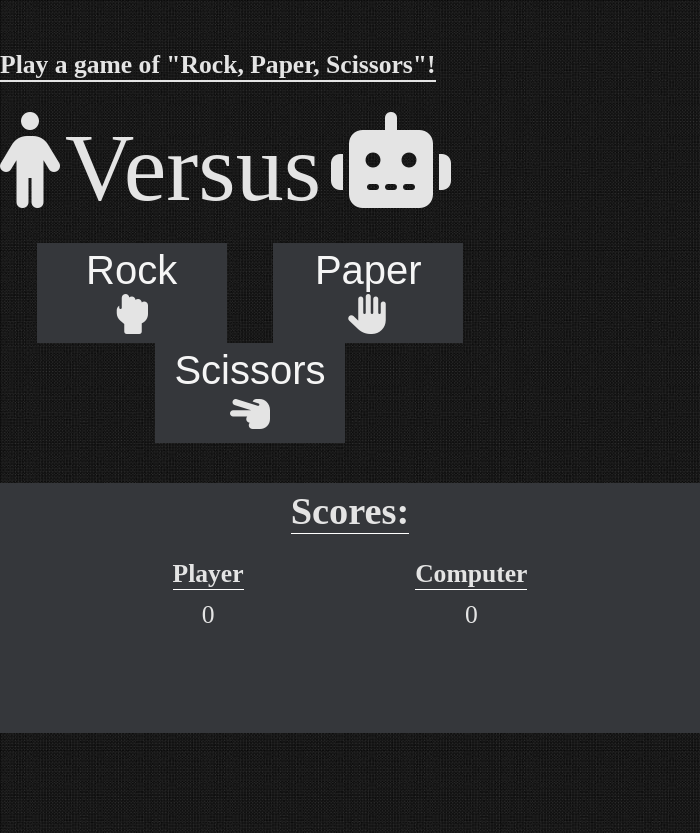
Repository: Pafestivo/rock-paper-scissors
Page: index.html
An editor plug-in stored every save of this project. The page is shown before and after the next save, followed by the edit.
The browser window is 375 px wide. The page is 700 px wide, so the pictures cover 700 px, including what lies to the right of the window. The pictures show the whole page.
Some web libraries are served in a nearby version.

Above is the page before, as saved 2022-10-15 14:25:36.

### index.html
<!DOCTYPE html>
<html lang="en">
<head>
  <meta charset="UTF-8">
  <meta name="viewport" content="width=device-width, initial-scale=1.0">
  <link rel="stylesheet" href="styles.css">
  <script src="js-file.js" defer></script>
  <script src="https://kit.fontawesome.com/e2364af56b.js" crossorigin="anonymous"></script>
  <title>Rock, Paper, Scissors</title>
</head>
<body>

  <header>
    <h1>Play a game of "Rock, Paper, Scissors"!</h1>
  </header>
  <div id="versus">
    <i class="fa-solid fa-person"></i>
    <p>Versus</p>
    <i class="fa-solid fa-robot"></i>
  </div> <!-- /versus -->

  <div class="buttons">
    <button id="rock">
      Rock
      <i class="fa-solid fa-hand-back-fist"></i>
    </button>
    <button id="paper">
      Paper
      <i class="fa-solid fa-hand"></i>
    </button>
    <button id="scissors">
      Scissors
      <i class="fa-solid fa-hand-scissors"></i>
    </button>
  </div> <!-- /buttons -->


  <div id="results">

    <div class="scores">
      <h1 id="scores-header">Scores:</h1>
    </div> <!-- /scores -->

    <div class="columns">
      <div class="player">
        <h1 class="underline">Player</h1>
        <p id ="player-points" class="points">0</p>
      </div> <!-- /player-scores -->

      <div class="comp">
        <h1 class="underline">Computer</h1>
        <p id="computer-points" class="points">0</p>
      </div> <!-- /comp-scores -->
    </div><!-- /columns -->

  </div> <!-- /results -->

  <button id="play-again" class="hidden"><a href="https://pafestivo.github.io/rock-paper-scissors/">Play again</a></button>


</body>
</html>

### styles.css
* {
  margin: 0;
  padding: 0;
  box-sizing: border-box;
}

body {
  font-family: serif;
  background-image: url(images/background.jpg);
  color: rgb(228, 228, 228);
}

header {
  width: max-content;
  margin: 50px auto 30px auto;
  border-bottom: 2px solid rgb(228, 228, 228);
}

#versus {
  display: flex;
  width: 700px;
  font-size: 10rem;
  margin: 0 auto 20px auto;
  justify-content: space-evenly;
  color: rgb(228, 228, 228);
}

.fa-robot {
  margin-left: 10px;
  font-size: 10rem;
}

.fa-person {
  font-size: 10rem;
  margin-right: 5px;
}

.buttons {
  display: flex;
  width: 700px;
  margin: 0 auto;
  justify-content: space-evenly;
}

button {
  position: relative;
  width: 190px;
  height: 100px;
  background-color: #35373B;
  border: none;
  font-size: 40px;
  color: whitesmoke;
}

button .fa-solid {
  width: 100%;
  color: rgb(228, 228, 228);
}

button:hover {
  cursor: pointer;
  background-color: #56595f;
}

button:focus {
  background-color: #635656;
}

button:disabled:hover {
  cursor: not-allowed;
  background-color: #35373B;
}

.comp-choice {
  position: absolute;
  bottom: 5px;
  right: 10px;
  font-size: 20px;
  max-width: 20px;
}

.player-choice {
  position: absolute;
  bottom: 5px;
  left: 10px;
  font-size: 20px;
  max-width: 20px;
}

#results {
  margin: 40px auto 40px auto;
  width: 700px;
  height: 250px;
  padding: 1px;
  background-color: #35373B;
}

#scores-header {
  margin: 5px auto 25px auto;
  font-size: 3em;
  width: max-content;
  border-bottom: 1px solid white;
}

.columns {
  display: flex;
  justify-content: space-evenly;
  margin-bottom: 20px;
}

.round-result {
  margin-bottom: 15px;
  font-size: 2em;
  text-align: center;
  padding: 0;
}

.underline {
  width: max-content;
  border-bottom: 1px solid white;
}

.points {
  font-size: 2em;
  text-align: center;
  margin-top: 10px;
}

a {
  text-decoration: none;
  color: inherit;
}

#play-again {
  display: block;
  margin: 0 auto;
  font-size: 2rem;
  width: 200px;
  height: 60px;
}

.hidden {
  visibility: hidden;
}

@media only screen and (max-width: 600px) {
  body {
    font-size: 0.8rem;
  }

  #versus {
    width: 400px;
    font-size: 6rem;
  }

  .fa-robot {
    font-size: 6rem;
  }

  .fa-person {
    font-size: 6rem;
  }

  .buttons {
    display: flex;
    flex-wrap: wrap;
    column-gap: 10px;
    width: 500px;
    margin: 0 auto;
    justify-content: space-evenly;
  }
}

### js-file.js
let playerScore = 0;
let computerScore = 0;

const playerColumn = document.querySelector('.player');
const playerPoints = document.getElementById('player-points');

const computerColumn = document.querySelector('.comp');
const computerPoints = document.getElementById('computer-points');

//round logic
function playRound(playerSelection, computerSelection) {

  let log = ""


  if (
    (playerSelection === "Rock" && computerSelection === "Paper") ||
    (playerSelection === "Paper" && computerSelection === "Scissors") ||
    (playerSelection === "Scissors" && computerSelection === "Rock")
    ) {
    log = "You lost this round!"
    computerScore++
  }
  else if (
    (playerSelection === "Paper" && computerSelection === "Rock") ||
    (playerSelection === "Rock" && computerSelection === "Scissors") ||
    (playerSelection === "Scissors" && computerSelection === "Paper")
  ) {
    log = "You won this round!"
    playerScore++
  }
  else if (
    (playerSelection === computerSelection)
  ) {
    log = "This round ends in a draw!"
  }

  playerPoints.textContent = playerScore;

  computerPoints.textContent = computerScore;


  //finish the game at 5 points + show play again button
  const buttons = document.querySelectorAll('button');
  const playAgain = document.getElementById('play-again')
  if(playerScore === 5) {
    for(i = 0; i < buttons.length - 1; i++) {
      buttons[i].setAttribute("disabled", "disabled"); //disable buttons
      playAgain.classList.remove('hidden');
    }

    return "You won!";

  } else if (computerScore === 5) {
    for(i = 0; i < buttons.length - 1; i++) {
      buttons[i].setAttribute("disabled", "disabled");
      playAgain.classList.remove('hidden');
    }
    return "You lost!";
  }

  return log;
};

//variables to target the buttons
const rockChosen = document.querySelector('#rock');
const paperChosen = document.querySelector('#paper');
const scissorsChosen = document.querySelector('#scissors');


//computer selection
function getComputerChoice() {
  const possibleChoices = ["Rock", "Paper", "Scissors"];
  const randomize = Math.floor(Math.random() * possibleChoices.length);
  let selected = possibleChoices[randomize];

  if(document.querySelector('button #robot') != null) { //checks to see if robot icon already exists
    const robotIcon = document.getElementById('robot');
    const parent = document.getElementById('robot').parentElement;
    parent.removeChild(robotIcon); //remove the icon if it exists
  }

  if (selected === "Rock") {
    rockChosen.insertAdjacentHTML('beforeend', '<i id="robot" class="fa-solid fa-robot comp-choice"></i>'); //adds robot icon

  } else if (selected === "Paper") {
    paperChosen.insertAdjacentHTML('beforeend', '<i id="robot" class="fa-solid fa-robot comp-choice"></i>');

  } else if (selected === "Scissors") {
    scissorsChosen.insertAdjacentHTML('beforeend', '<i id="robot" class="fa-solid fa-robot comp-choice"></i>');
  }

  return selected;
};


//adding the round result paragraph to the page
const results = document.querySelector('#results');
const para = document.createElement('p');
para.classList.add('round-result');


//function for event listeners
function rockRound() {

  if(document.querySelector('button #human') != null) { //checks to see if human icon already exists
    const humanIcon = document.getElementById('human');
    const parent = document.getElementById('human').parentElement;
    parent.removeChild(humanIcon); //remove the icon if it exists
  }

  rockChosen.insertAdjacentHTML('beforeend', '<i id="human" class="fa-solid fa-person player-choice"></i>'); //adds human icon

  let computerSelection = getComputerChoice();

  let roundResult = playRound("Rock", computerSelection);

  para.textContent = roundResult;
  results.appendChild(para);
};

function paperRound() {
  let computerSelection = getComputerChoice();

  if(document.querySelector('button #human') != null) { //checks to see if human icon already exists
    const humanIcon = document.getElementById('human');
    const parent = document.getElementById('human').parentElement;
    parent.removeChild(humanIcon); //remove the icon if it exists
  }

  paperChosen.insertAdjacentHTML('beforeend', '<i id="human" class="fa-solid fa-person player-choice"></i>'); //adds human icon

  para.textContent = playRound("Paper", computerSelection);
  results.appendChild(para);
};

function scissorsRound() {
  let computerSelection = getComputerChoice();

  if(document.querySelector('button #human') != null) { //checks to see if human icon already exists
    const humanIcon = document.getElementById('human');
    const parent = document.getElementById('human').parentElement;
    parent.removeChild(humanIcon); //remove the icon if it exists
  }

  scissorsChosen.insertAdjacentHTML('beforeend', '<i id="human" class="fa-solid fa-person player-choice"></i>'); //adds human icon

  para.textContent = playRound("Scissors", computerSelection);
  results.appendChild(para);
};
//end of event listeners functions


//adding event listeners to each button
const rock = document.querySelector('#rock');
rock.addEventListener("click", rockRound);

const paper = document.querySelector('#paper');
paper.addEventListener("click", paperRound);

const scissors = document.querySelector('#scissors');
scissors.addEventListener("click", scissorsRound);

After the next save:
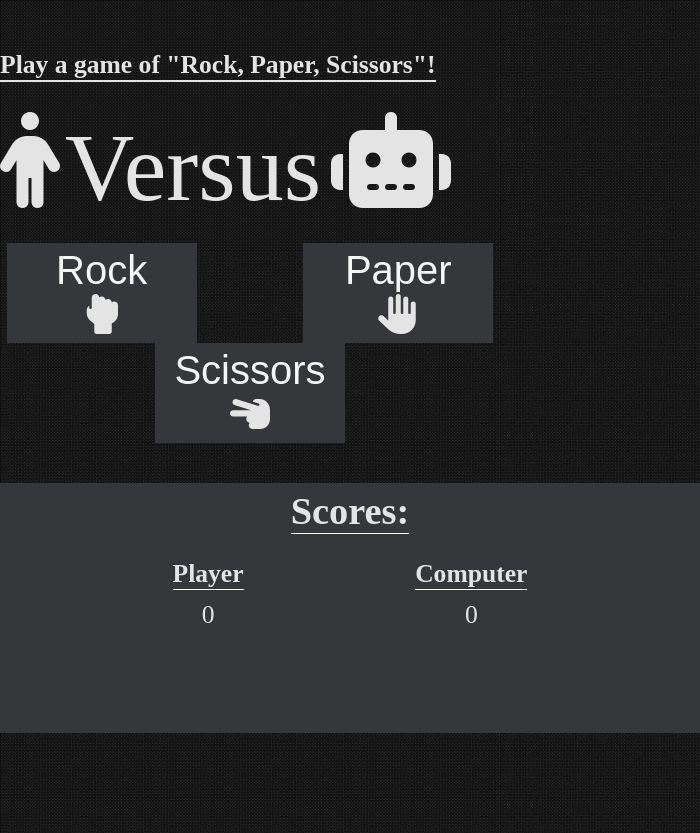
Saved 4 s later.
--- a/styles.css
+++ b/styles.css
@@ -164,7 +164,7 @@ a {
   .buttons {
     display: flex;
     flex-wrap: wrap;
-    column-gap: 10px;
+    column-gap: 100px;
     width: 500px;
     margin: 0 auto;
     justify-content: space-evenly;
